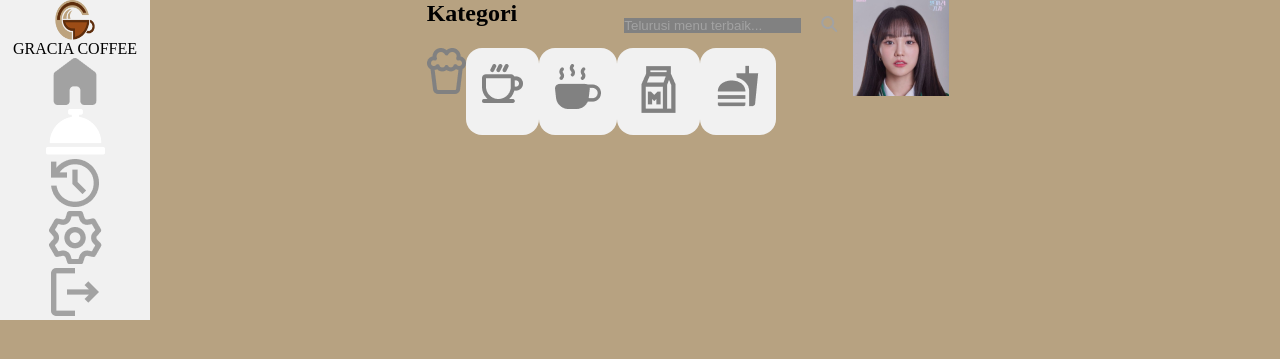
Repository: DanielChuaaa/sbd2
Page: index.html
An editor plug-in stored every save of this project. The page is shown before and after the next save, followed by the edit.
The browser window is 1280 px wide. The pictures show the whole page.
Some web libraries are served in a nearby version.

Above is the page before, as saved 2023-10-20 10:35:36.

### index.html
<!DOCTYPE html>
<html lang="en">
<head>
    <meta charset="UTF-8">
    <meta name="viewport" content="width=device-width, initial-scale=1.0">
    <title>Document</title>
    <link href="https://fonts.googleapis.com/css2?family=Roboto+Mono:wght@400;600;700&display=swap" rel="stylesheet" />
    <link
      rel="stylesheet"
      href="https://cdnjs.cloudflare.com/ajax/libs/font-awesome/6.1.2/css/all.min.css"
      integrity="sha512-1sCRPdkRXhBV2PBLUdRb4tMg1w2YPf37qatUFeS7zlBy7jJI8Lf4VHwWfZZfpXtYSLy85pkm9GaYVYMfw5BC1A=="
      crossorigin="anonymous"
      referrerpolicy="no-referrer"
    />
    <link rel="stylesheet" href="style.css">
</head>
<body>
    <div class="container">
        <div class="grid-wrapper">
            <div class="icon">
                <img src="/assets/logo projek SBD 1.png" width="40px" height="40px" alt="logo">
                <p>GRACIA COFFEE</p>
                <a href="#"><img src="./assets/home.png" alt="home"></a>
                <a href="#"><img src="./assets/menu.png" alt="menu"></a>
                <a href="#"><img src="./assets/history.png" alt="history"></a>
                <a href="#"><img src="./assets/setting.png" alt="setting"></a>

                <a href="#"><img src="./assets/logout.png" alt="logout"></a>
            </div>

            <div class="content">
                <div class="nav">
                    <h2>Kategori</h2>
                    <div class="inputWrapper">
                        <input type="text" name="text" id="text" class="input" placeholder="Telurusi menu terbaik...">
                        <i class="fa-solid fa-magnifying-glass"></i>
                    </div>
                </div>

                <div class="menu">
                    <div class="iconMenu1"><a href="#"><img src="./assets/popcorn.png" alt="popcorn"></a></div>
                    <div class="iconMenu"><a href="#"><img src="./assets/kopi.png" alt="kopi"></a></div>
                    <div class="iconMenu"><a href="#"><img src="./assets/teh.png" alt="teh"></a></div>
                    <div class="iconMenu"><a href="#"><img src="./assets/susu.png" alt="susu"></a></div>
                    <div class="iconMenu"><a href="#"><img src="./assets/makanan.png" alt="makanan"></a></div>
                </div>
            </div>

            <div class="order">
                <img src="/assets/g_8___8_idola_cantik_berbakat_alumni_sm_entertainment_yang_sudah_debut_di_girlgroup_agensi_lain_p_eks_sm_trainee-20220408-001-non_fotografer_kly 1.png" alt="">
            </div>
        </div>
    </div>
</body>
</html>

### style.css
:root{
    --clr-primary-100: #B7A281;

    --clr-neutral-100: #818181;
    --clr-neutral-200: #A2A2A2;
    --clr-neutral-300: #D9D9D9;
    --clr-neutral-400: #F8F8F8;
    --clr-neutral-500:  #f1f1f1;

    --ff: "Roboto Mono", monospace;

    --fw-regular: 400;
    --fw-semi-bold: 600;
    --fw-bold: 700;
}

*{
    box-sizing: border-box;
    margin: 0;
    padding: 0;
}

body{
    background-color: #B7A281;
}

.grid-wrapper{
    display: grid;
    grid-template-columns: 1fr 1fr 1fr;
}

.icon{
    background: var(--clr-neutral-500);

    display: flex;
    flex-direction: column;
    justify-content: space-evenly;
    align-items: center;
    max-width: 150px;
}

.fa-solid{
    color: var(--clr-neutral-200);
    padding: 1rem;
}


/* content */

.nav{
    display: flex;
    justify-content: space-between;
}

.input{
    background: var(--clr-neutral-100);

    border: none;

}

::placeholder{
    color: var(--clr-neutral-200);
}

.menu{
    display: flex;
    justify-content: space-arounde;
}

.iconMenu{
    background: var(--clr-neutral-500);

    padding: 1rem;
    border-radius: 1rem;
}

After the next save:
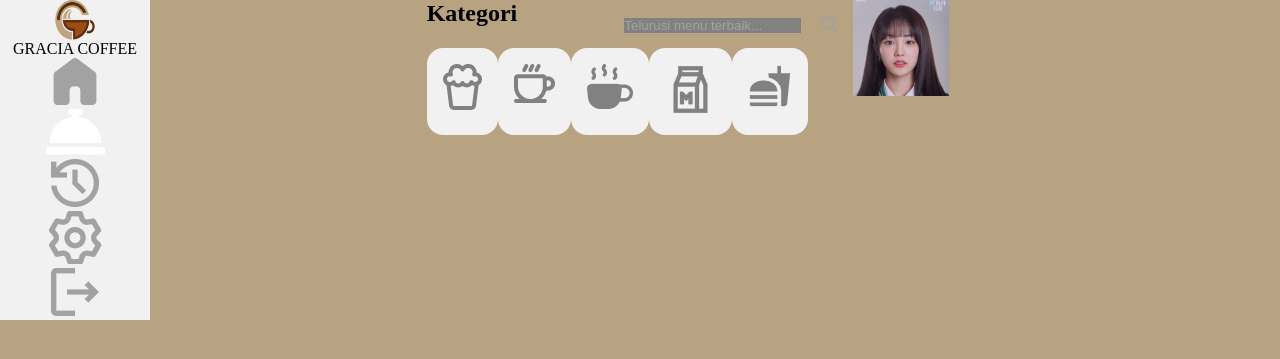
Saved 7 s later.
--- a/index.html
+++ b/index.html
@@ -38,7 +38,7 @@
                 </div>
 
                 <div class="menu">
-                    <div class="iconMenu1"><a href="#"><img src="./assets/popcorn.png" alt="popcorn"></a></div>
+                    <div class="iconMenu"><a href="#"><img src="./assets/popcorn.png" alt="popcorn"></a></div>
                     <div class="iconMenu"><a href="#"><img src="./assets/kopi.png" alt="kopi"></a></div>
                     <div class="iconMenu"><a href="#"><img src="./assets/teh.png" alt="teh"></a></div>
                     <div class="iconMenu"><a href="#"><img src="./assets/susu.png" alt="susu"></a></div>
